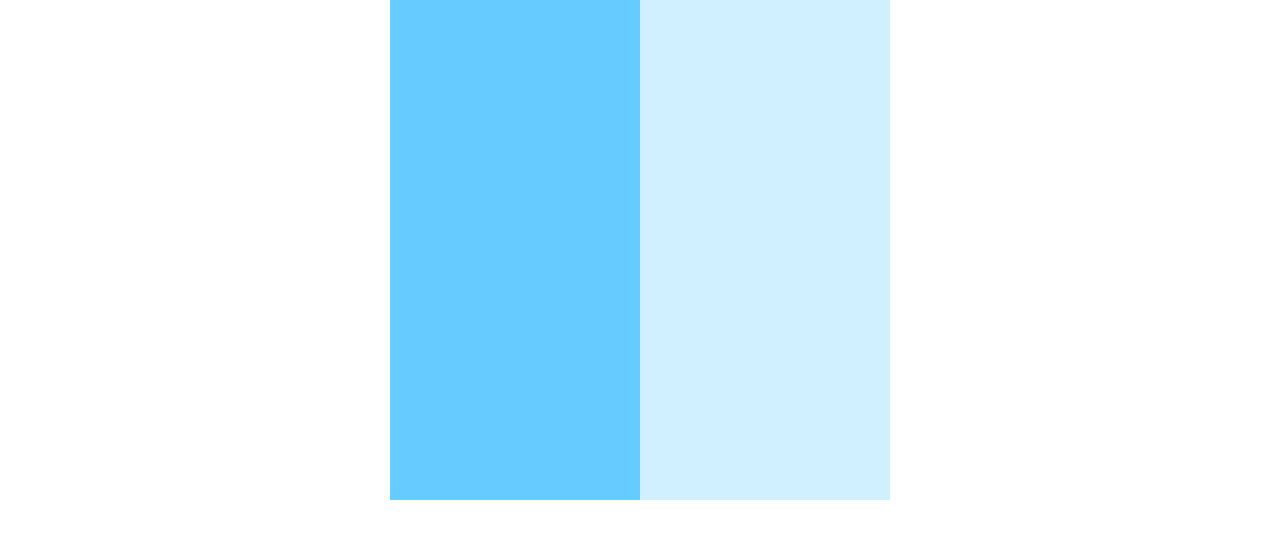
Repository: Evilleon/lyc
Page: train-demo/RedLineStart.html
These files come from the project's save history. The page is drawn as it stood at one moment and after the next save; the edit follows.
The browser window is 1280 px wide. The pictures show the whole page.

Above is the page before, as saved 2022-08-01 17:07:42.

After the next save:
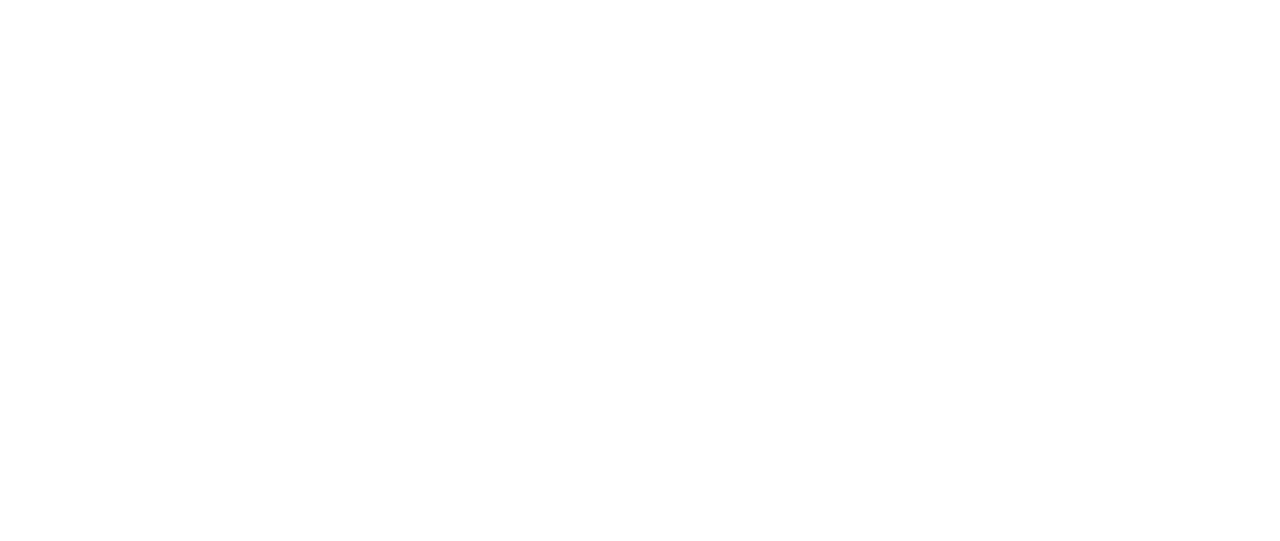
Saved 87 s later.
--- a/train-demo/RedLineStart.html
+++ b/train-demo/RedLineStart.html
@@ -14,8 +14,8 @@
             padding: 0;
         }
         .whole{
-            width: 500px;
-            height: 500px;
+            width: auto;
+            height: auto;
             margin: 0 auto;
         }
         .whole div{

After the save that followed:
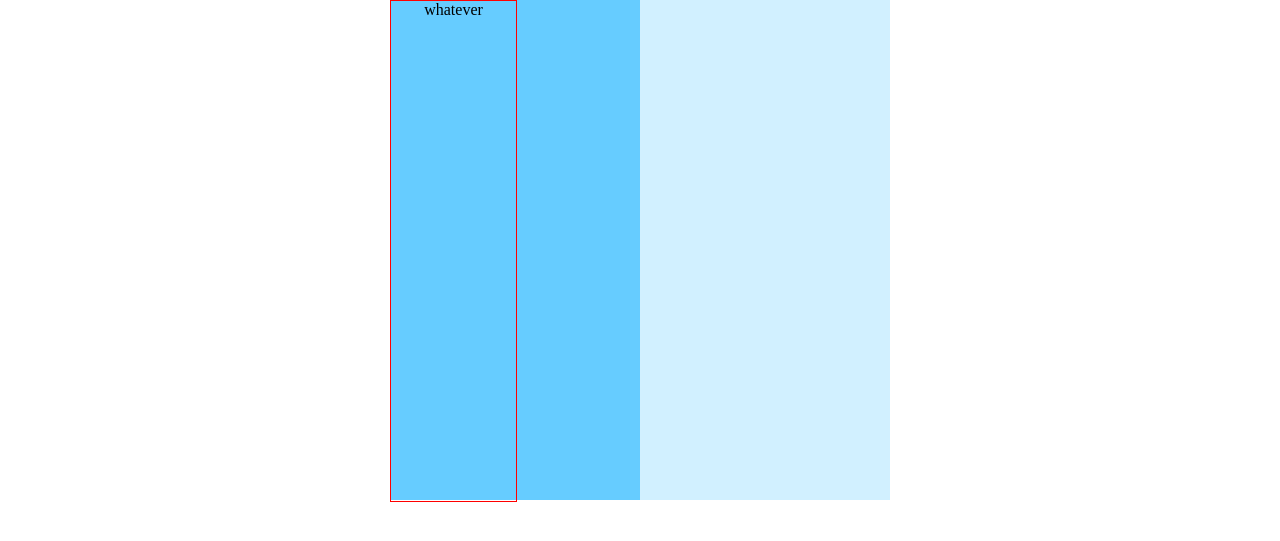
Saved 5 min 5 s later.
--- a/train-demo/RedLineStart.html
+++ b/train-demo/RedLineStart.html
@@ -14,8 +14,8 @@
             padding: 0;
         }
         .whole{
-            width: auto;
-            height: auto;
+            width: 500px;
+            height: 500px;
             margin: 0 auto;
         }
         .whole div{
@@ -30,10 +30,22 @@
             background-color: #d1f0ff;
             float: right;
         }
+        .picture01{
+            width: 50px;
+            height: 20px;
+            border:1px solid #F00;
+            text-align:center;
+        }
     </style>
 <div class="whole">
-    <div class="board"></div>
-    <div class="code"></div>
+    <div class="board">
+        <div class="picture01">
+            whatever
+        </div>
+    </div>
+    <div class="code">
+
+    </div>
 </div>
 </body>
 </html>
